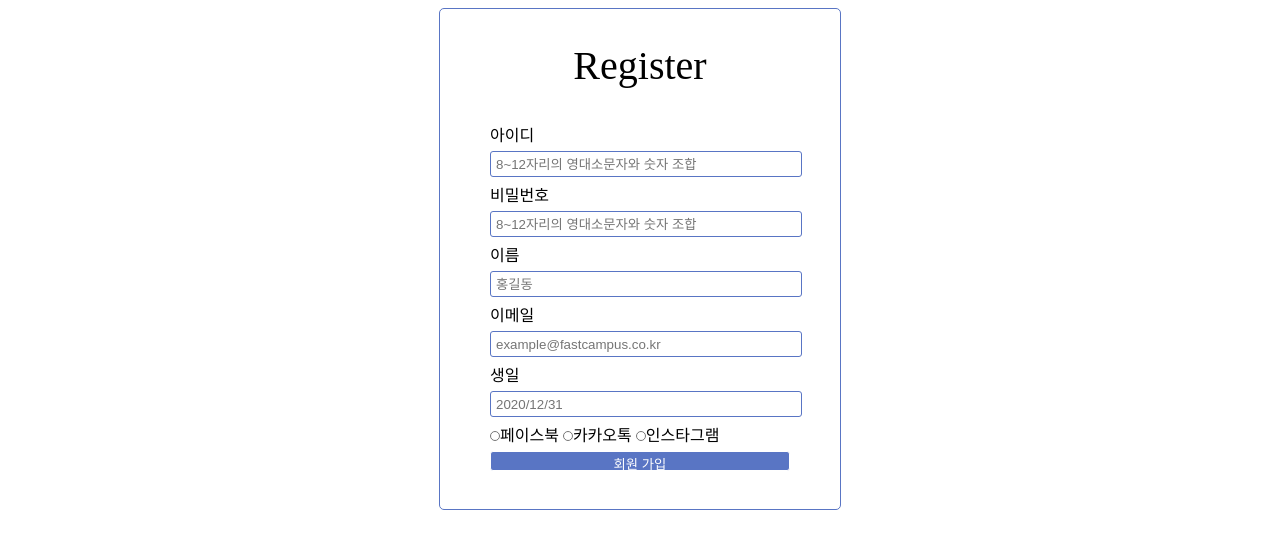
Repository: ksj2001/SpringBasic2024
Page: http://localhost/MVC_join/
These files come from the project's save history. The page is drawn as it stood at one moment and after the next save; the edit follows.
The browser window is 1280 px wide. The pictures show the whole page.
The page is served by Tomcat 9. Other server files are loaded and not shown.

Above is the page before, as saved 2024-07-02 15:26:00.

### MVC_join/src/main/webapp/WEB-INF/views/index.jsp
<%@ page language="java" contentType="text/html; charset=UTF-8"
    pageEncoding="UTF-8"%>
<!DOCTYPE html>
<html>
<head>
<meta charset="UTF-8">
<title>Insert title here</title>
<style type="text/css">
	body{
		display: flex;
		justify-content: center;
		align-items: center;
	}
	.registerBox{
		width: 300px;
		height: 500px;
		border: 1px solid #5975C4;
		padding: 0 50px;
		border-radius: 5px;
	}
	.registerBox h2{
		font-size: 40px;
		font-weight: 500;
		text-align: center;
	}
	input{
		width: 100%;
		height: 20px;
		margin: 5px 0;
		padding: 2px 5px;
		border: 1px solid #5975C4;
		border-radius: 3px;
	}
	input[type=radio]{
		width:10px;
		height:10px;
	}
	input[type=submit]{
		border-color: white;
		color: white;
		background-color: #5975C4;
	}
</style>
</head>
<body>
	<div class="registerBox">
		<h2>Register</h2>
		<form action="member/register" method="post">
			<label>아이디</label><br>
			<input type="text" placeholder="8~12자리의 영대소문자와 숫자 조합"><br>
			<label>비밀번호</label><br>
			<input type="password" placeholder="8~12자리의 영대소문자와 숫자 조합"><br>
			<label>이름</label><br>
			<input type="text" placeholder="홍길동"><br>
			<label>이메일</label><br>
			<input type="text" placeholder="example@fastcampus.co.kr"><br>
			<label>생일</label><br>
			<input type="text" placeholder="2020/12/31"><br>
			<div class="selectSns">
				<input type="radio" name="sns" value="facebook">페이스북
				<input type="radio" name="sns" value="kakaotalk">카카오톡
				<input type="radio" name="sns" value="instagram">인스타그램
			</div>
			<input type="submit" value="회원 가입">
		</form>
	</div>
</body>
</html>

After the next save:
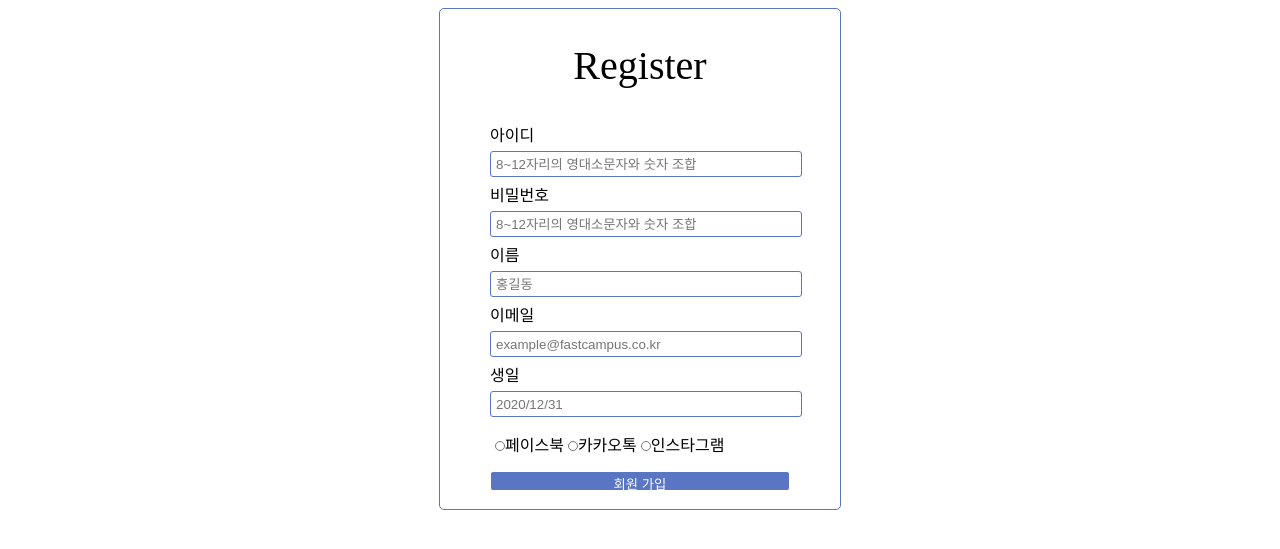
Saved 89 s later.
--- a/MVC_join/src/main/webapp/WEB-INF/views/index.jsp
+++ b/MVC_join/src/main/webapp/WEB-INF/views/index.jsp
@@ -30,6 +30,9 @@
 		padding: 2px 5px;
 		border: 1px solid #5975C4;
 		border-radius: 3px;
+	}
+	.selectSns{
+		margin: 10px 5px;
 	}
 	input[type=radio]{
 		width:10px;
